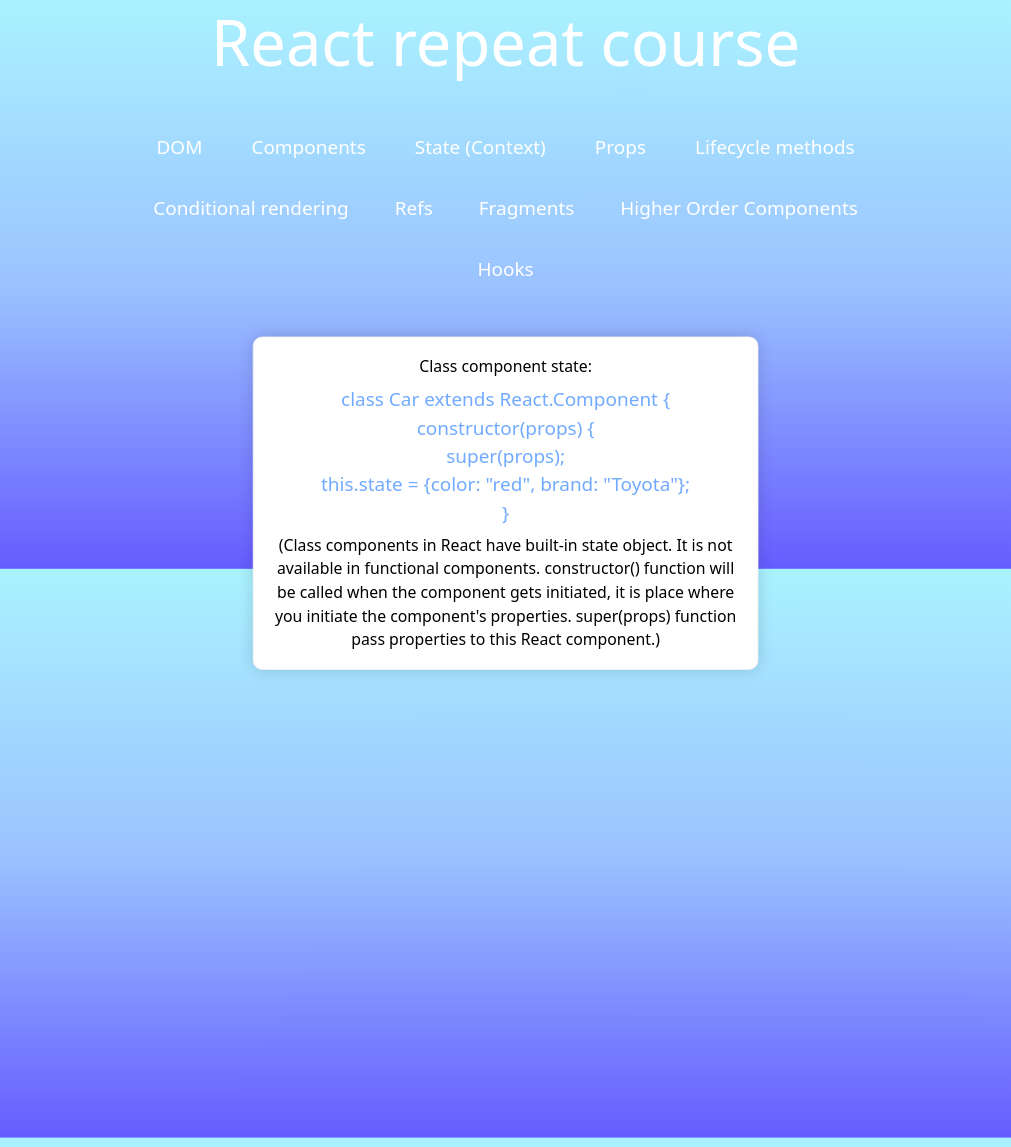
Repository: michalgornicki/github
Page: /#/State
An editor plug-in stored every save of this project. The page is shown before and after a run of saves, followed by the edit.
The browser window is 1280 px wide. The pictures show the whole page, at 79% of full size.
Backgrounds fixed to the window are drawn as part of the page. The project was rebuilt for these pictures with package versions that can differ from the ones it lists, and the page was loaded fresh each time. Also part of the build but not shown: src/components/dom.jsx, src/components/components.jsx, src/components/props.jsx, src/components/lifecycle.jsx, src/components/conditional.jsx, src/components/refs.jsx, src/components/fragments.jsx, src/components/hoc.jsx and 1 more.

Above is the page before, as saved 2022-02-07 12:55:10.

After the next 6 saves:
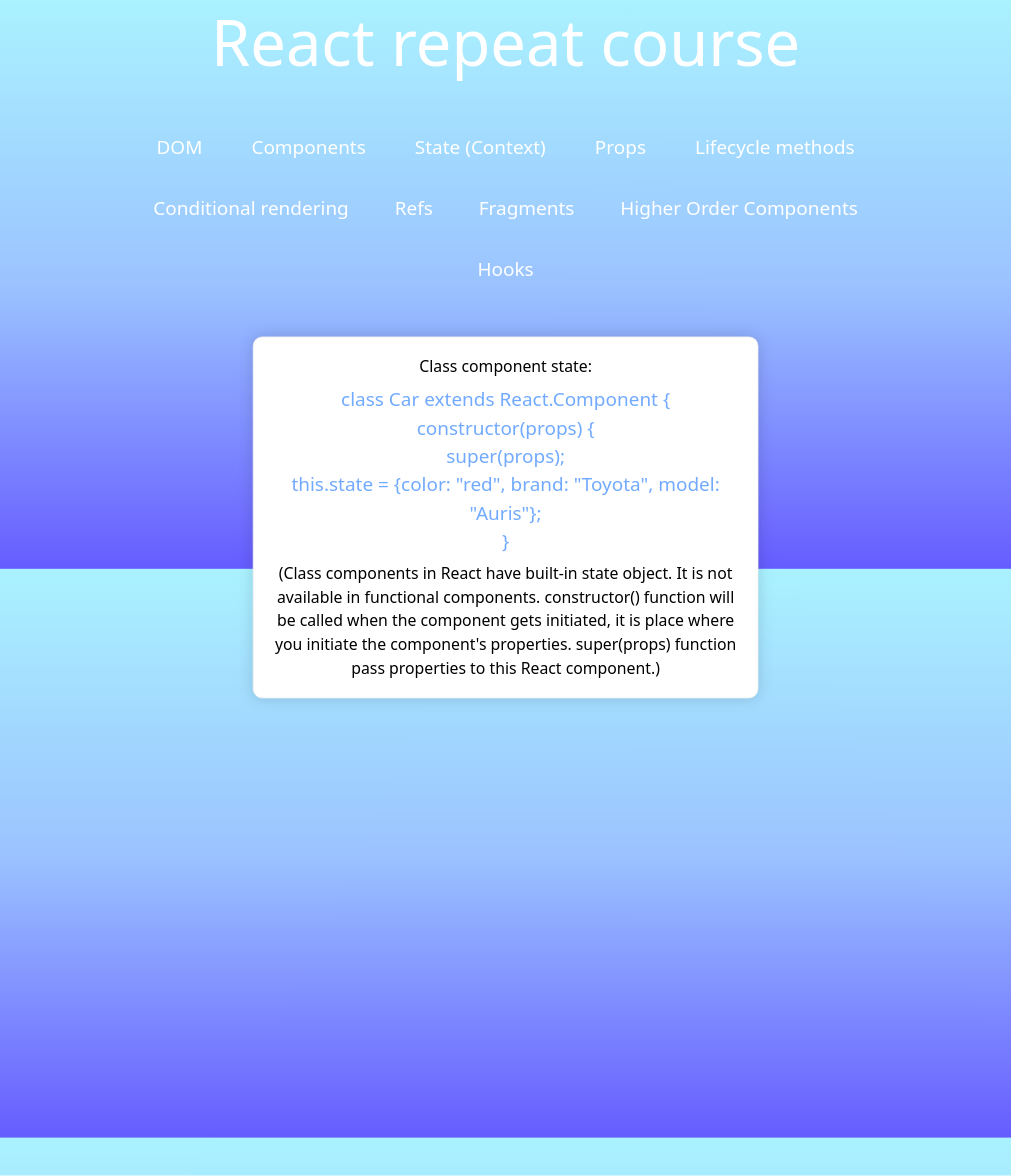
The 6 saves are shown as one change because they came seconds apart.
The last was saved 11 s later.
--- a/src/components/state.jsx
+++ b/src/components/state.jsx
@@ -8,7 +8,7 @@
           {`class Car extends React.Component {`} <br />
           {`constructor(props) {`} <br />
           {`super(props);`}{" "} <br />
-          {`this.state = {color: "red", brand: "Toyota"};`}{" "} <br />
+          {`this.state = {color: "red", brand: "Toyota", model: "Auris"};`}{" "} <br />
           {`}`}{" "}
         </div>{" "}
         (Class components in React have built-in state object. It is not available in functional components. constructor() function will be called when the component gets initiated, it is place where you initiate the component's properties. super(props) function pass properties to this React component.)
